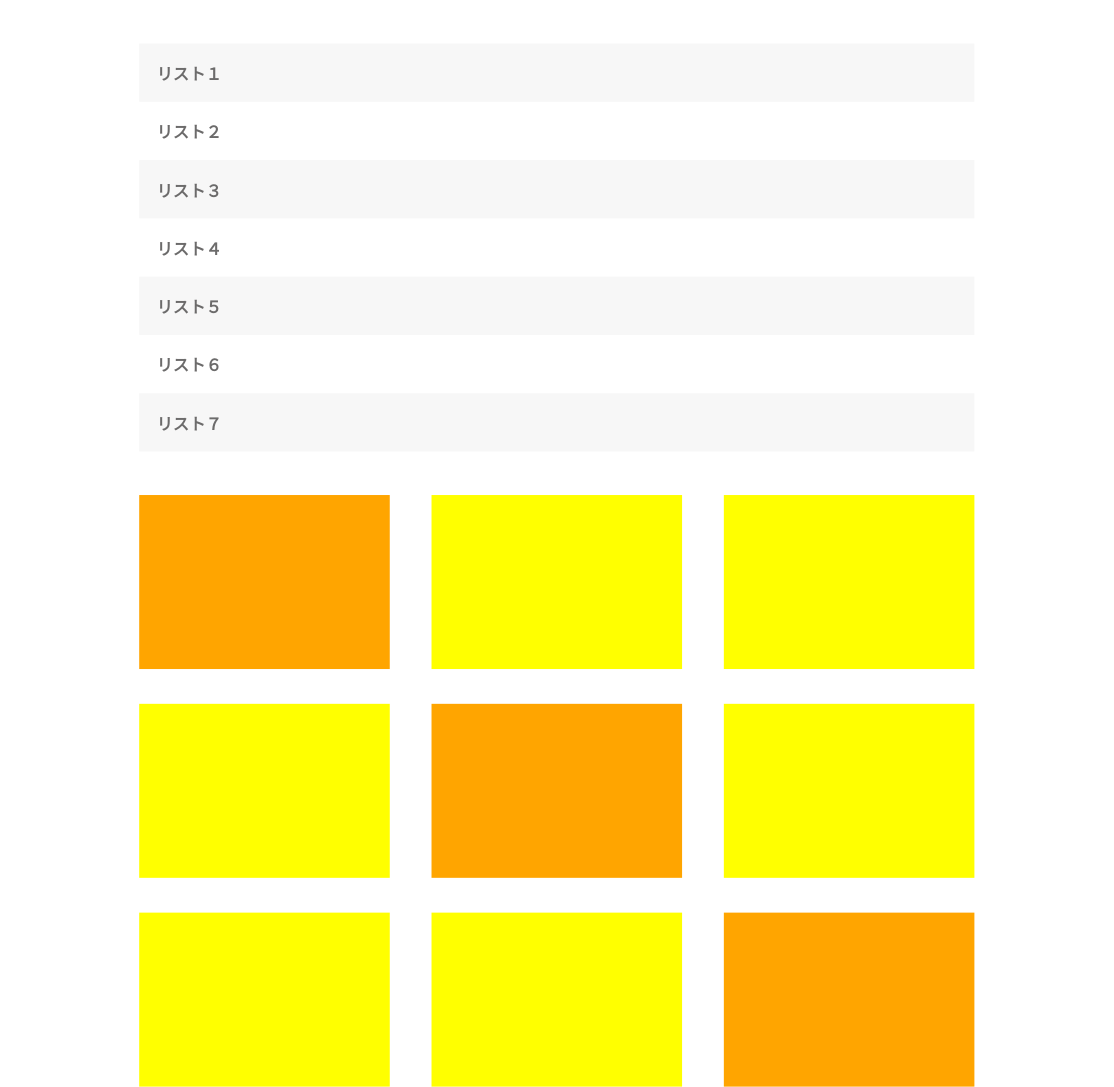
Repository: CarAll02/git-practice
Page: chapter8_exercise/index.html
The author's editor kept a record of every edit. The page is drawn from the files as they stood at one moment, then again after the next edit.
The browser window is 1280 px wide. The pictures show the whole page, at 87% of full size.

Above is the page before.

After the next edit:
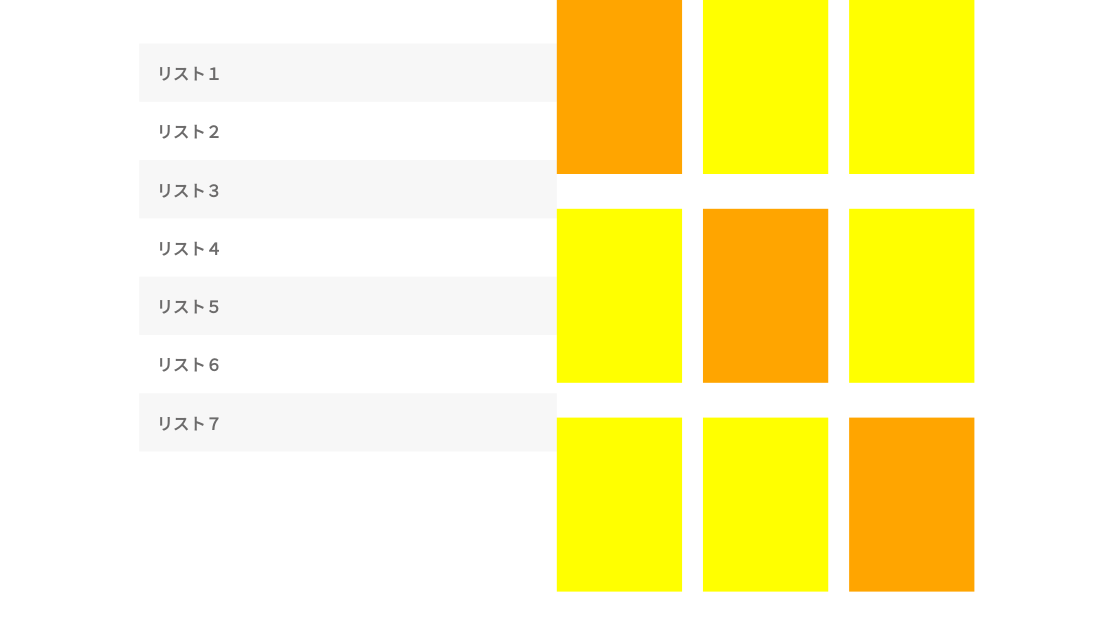
The edit:
--- a/chapter8_exercise/index.html
+++ b/chapter8_exercise/index.html
@@ -11,14 +11,12 @@
       <div class="list">
         <h3 class="list-text">リスト１</h3>
         <h3 class="list-text">リスト２</h3>
-          <h3 class="list-text">リスト３</h3>
-          <h3 class="list-text">リスト４</h3>
-          <h3 class="list-text">リスト５</h3>
-          <h3 class="list-text">リスト６</h3>
-          <h3 class="list-text">リスト７</h3>
-
+        <h3 class="list-text">リスト３</h3>
+        <h3 class="list-text">リスト４</h3>
+        <h3 class="list-text">リスト５</h3>
+        <h3 class="list-text">リスト６</h3>
+        <h3 class="list-text">リスト７</h3>
       </div>
-    </main>
 
     <div class="panel">
       <div class="panel-item"></div>

After the 4 edits that followed:
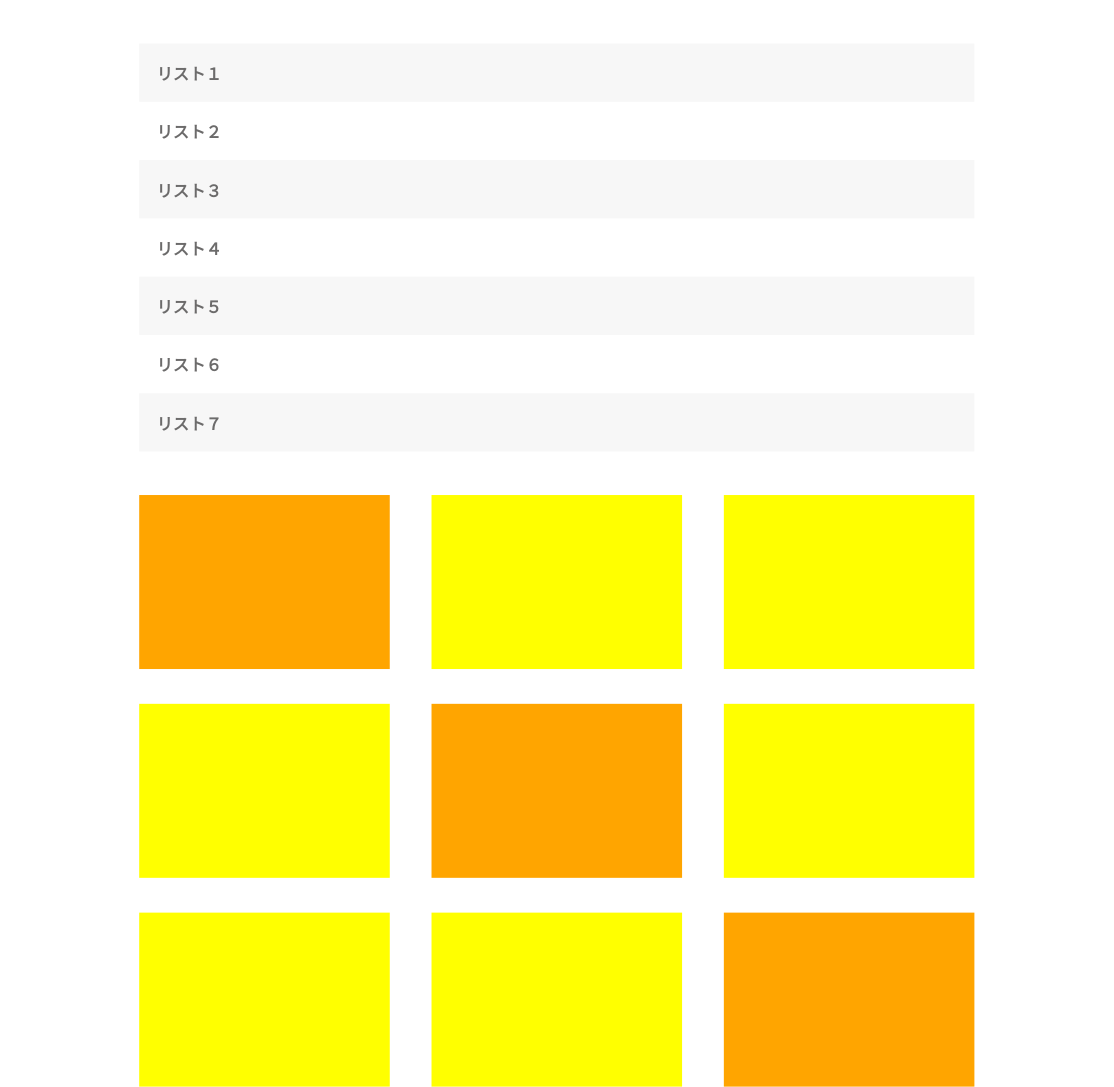
The 4 edits are shown as one change because 3 left the picture as it was.
The edit:
--- a/chapter8_exercise/index.html
+++ b/chapter8_exercise/index.html
@@ -8,6 +8,7 @@
 
   <body>
     <main>
+      <!--回答ではdivとh3ではなくulとliのリストを使って実装-->
       <div class="list">
         <h3 class="list-text">リスト１</h3>
         <h3 class="list-text">リスト２</h3>
@@ -18,18 +19,18 @@
         <h3 class="list-text">リスト７</h3>
       </div>
 
-    <div class="panel">
-      <div class="panel-item"></div>
-      <div class="panel-item"></div>
-      <div class="panel-item"></div>
-      <div class="panel-item"></div>
-      <div class="panel-item"></div>
-      <div class="panel-item"></div>
-      <div class="panel-item"></div>
-      <div class="panel-item"></div>
-      <div class="panel-item"></div>
-    </div>
-
+      <div class="panel">
+        <div class="panel-item"></div>
+        <div class="panel-item"></div>
+        <div class="panel-item"></div>
+        <div class="panel-item"></div>
+        <div class="panel-item"></div>
+        <div class="panel-item"></div>
+        <div class="panel-item"></div>
+        <div class="panel-item"></div>
+        <div class="panel-item"></div>
+      </div>
+    </main>
   </body>
 
 </html>
--- a/chapter8_exercise/style.css
+++ b/chapter8_exercise/style.css
@@ -7,7 +7,6 @@
 
 main{
   width:960px;
-  display:flex;
   justify-content:center;
   margin:0 auto;
 }
